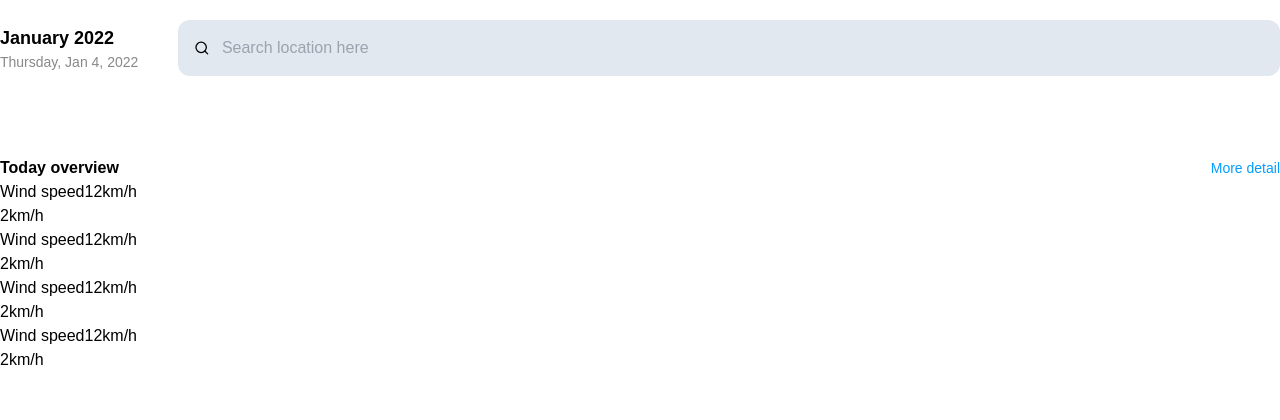
Repository: theweirdboiz/datawarehouse-ui
Page: /
An editor plug-in stored every save of this project. The page is shown before and after the next save, followed by the edit.
The browser window is 1280 px wide. The pictures show the whole page.
The project was rebuilt for these pictures with package versions that can differ from the ones it lists, and the page was loaded fresh each time. Also part of the build but not shown: vite.config.js.

Above is the page before, as saved 2022-11-23 16:16:37.

After the next save:
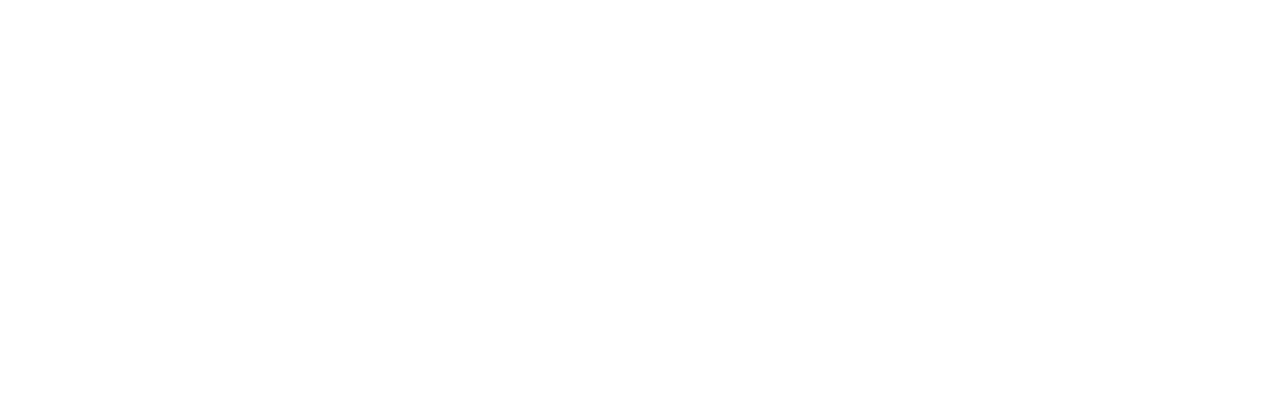
Console error: ReferenceError: MdOutlineMoreHoriz is not defined
Saved 59 s later.
--- a/src/App.jsx
+++ b/src/App.jsx
@@ -33,6 +33,7 @@
                 <a className="text-sm font-medium text-[#009EFF]">
                   More detail
                 </a>
+                <MdOutlineMoreHoriz />
               </div>
             </div>
             <div>

After the save that followed:
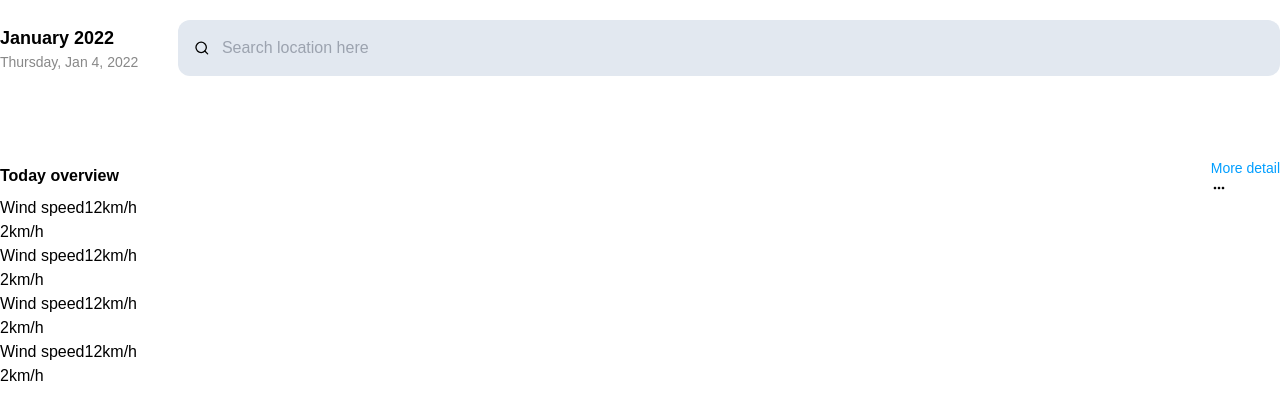
The error is gone.
Saved 26 s later.
--- a/src/App.jsx
+++ b/src/App.jsx
@@ -1,5 +1,7 @@
 import { useState } from "react";
 import { FiSearch } from "react-icons/fi";
+import { MdOutlineMoreHoriz } from "react-icons/md";
+
 function App() {
   const date = "font-[900] text-lg";
   const detailDate = "text-sm text-[#888]";
